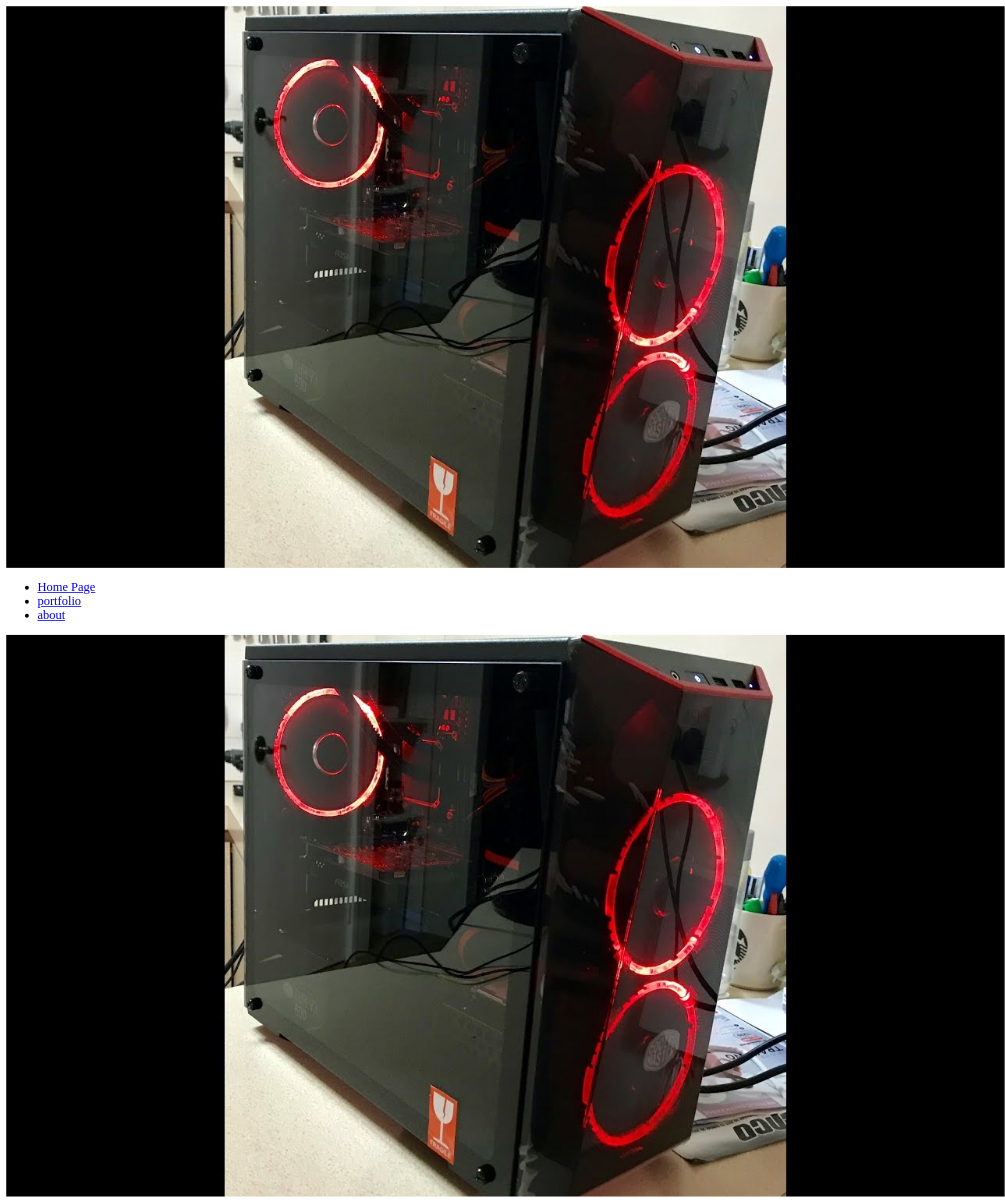
Repository: mike3245/mike3245.github.io
Page: index.html
The author's editor kept a record of every edit. The page is drawn from the files as they stood at one moment, then again after the next edit.
The browser window is 1280 px wide. The page is 1288 px wide, so the pictures cover 1288 px, including what lies to the right of the window. The pictures show the whole page, at 78% of full size.

Above is the page before.

### index.html
<html>
   <head>
       <title>Spiro's Dungeon</title>

   </head>
   <img src="./Image/maxresdefault.jpg" width 50>

   <body>
     <ul>
    <li><a href="index.html">Home Page</a></li>
    <li><a href="portfolio.html">portfolio</a></li>
    <li><a href="about.html">about</a></li>
    </ul>



     <img src="./Image/maxresdefault.jpg" width 50>
    </body>

   </html>

After the next edit:
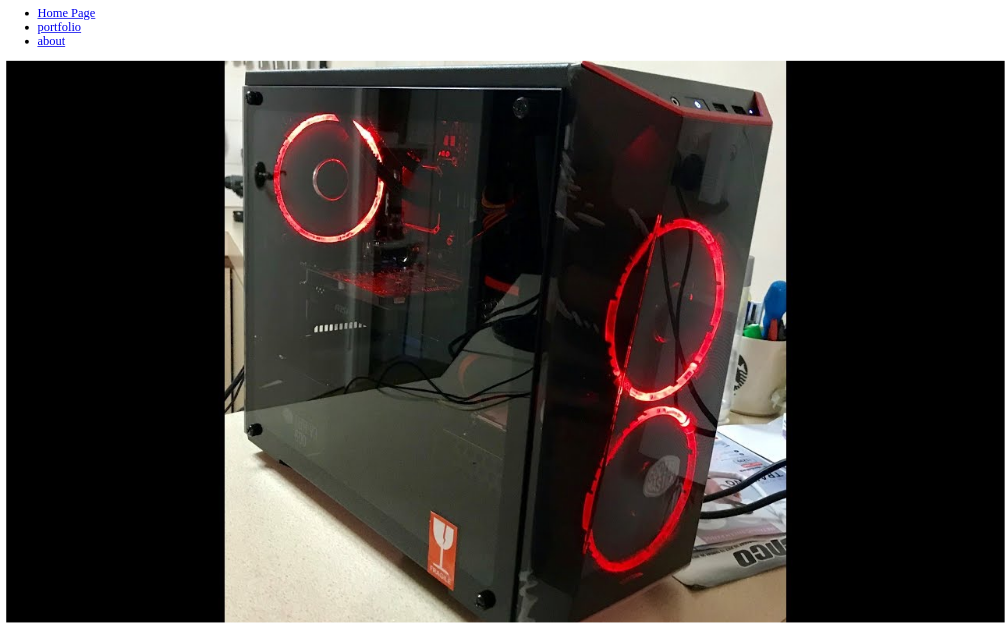
The edit:
--- a/index.html
+++ b/index.html
@@ -3,7 +3,7 @@
        <title>Spiro's Dungeon</title>
 
    </head>
-   <img src="./Image/maxresdefault.jpg" width 50>
+
 
    <body>
      <ul>
